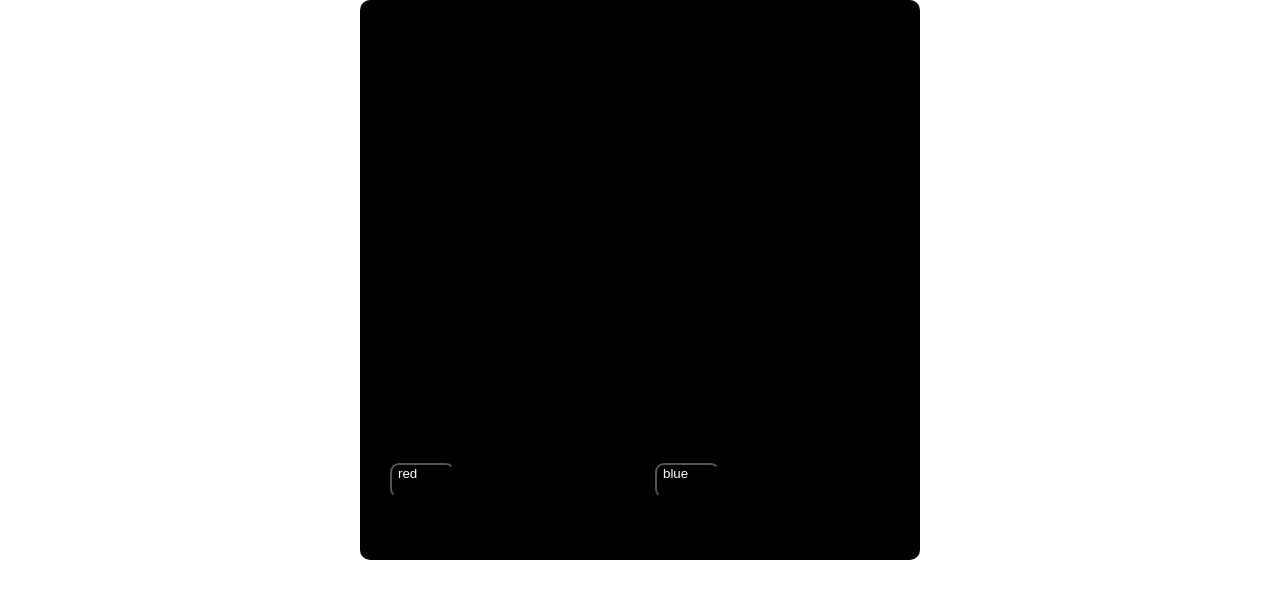
Repository: iliailia12/Individual-lessons
Page: Day 99/Classwork/index.html
These files come from the project's save history. The page is drawn as it stood at one moment and after the next save; the edit follows.
The browser window is 1280 px wide. The pictures show the whole page.

Above is the page before, as saved 2026-06-06 04:38:51.

After the next save:
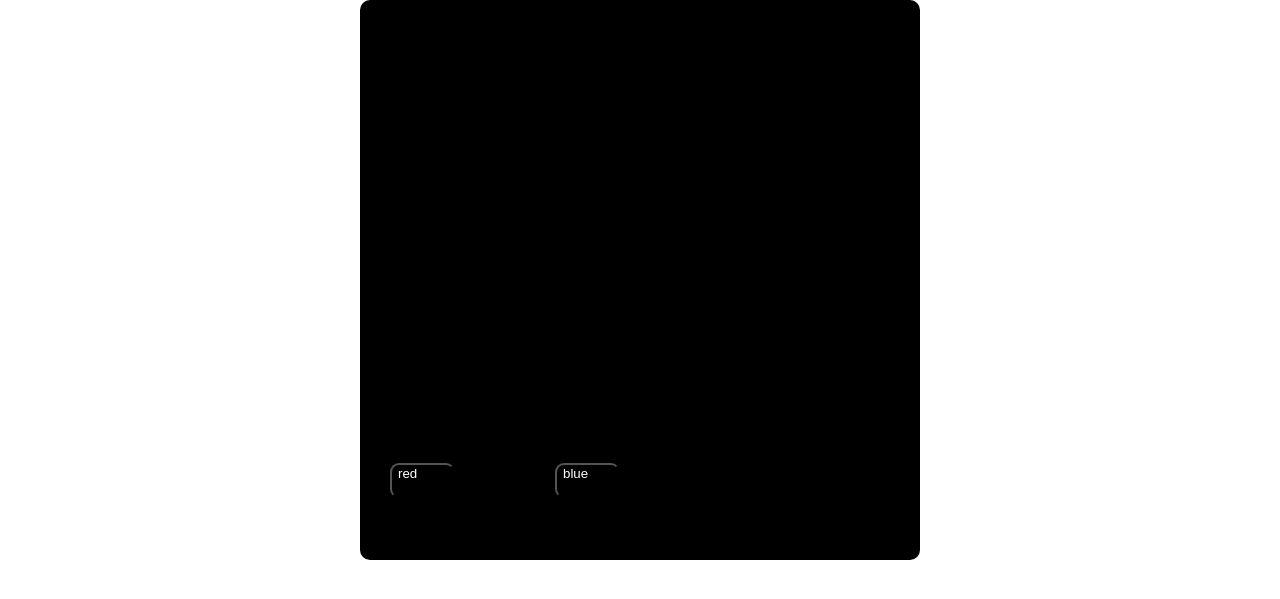
Saved 4 s later.
--- a/Day 99/Classwork/style.css
+++ b/Day 99/Classwork/style.css
@@ -16,7 +16,7 @@
     align-items: center;
     margin: 0 auto;
     border-radius: 10px;
-    gap: 200px;
+    gap: 100px;
     padding: 30px;
 }
 
